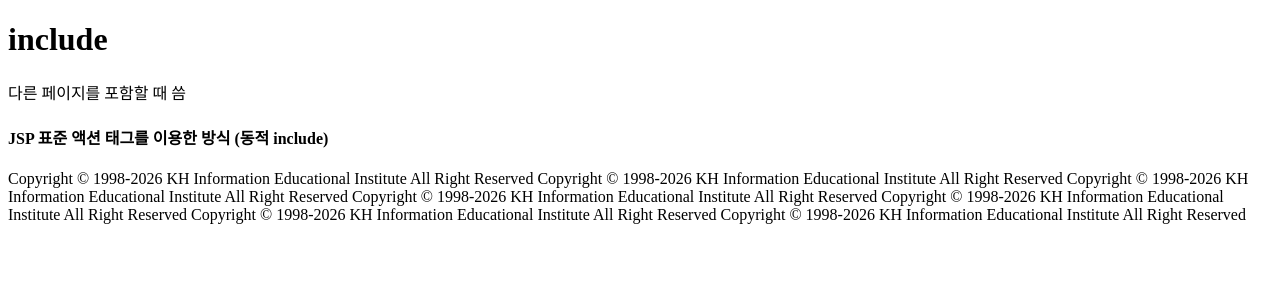
Repository: rlaehqkf/java_practice
Page: http://localhost/ActionProject/include.do
The author's editor kept a copy of each file at every save. The page is drawn from the files as they stood at one save, then again after the next save.
The browser window is 1280 px wide. The pictures show the whole page.
The page is served by Tomcat 9. Other server files are loaded and not shown.

Above is the page before, as saved 2026-05-06 07:49:53.
Console error: SyntaxError: Identifier 'date' has already been declared

### ActionProject/src/main/webapp/WEB-INF/views/include.jsp
<%@ page language="java" contentType="text/html; charset=UTF-8"
    pageEncoding="UTF-8"%>
<!DOCTYPE html>
<html>
<head>
<meta charset="UTF-8">
<title>포함</title>
</head>
<body>

	<h1>include</h1>

	<p>
		다른 페이지를 포함할 때 씀
	</p>

	<%-- 정적컴파일 방식 ( 컴파일 시점에 jsp를 포함 시킴)
	<%@ include file="footer.jsp" %>
	<%@ include file="footer.jsp" %>
	--%>


	<h4>JSP 표준 액션 태그를 이용한 방식 (동적 include)</h4>

	<jsp:include page="footer.jsp"></jsp:include>

	<!--
		XML기반 기술이기 때문에 반드시 시작 태그와 종료 태그가 쌍으로 존재함!!
		닫는 태그를 작성하지 않으면 500에러 발생
	 -->
	 <jsp:include page="footer.jsp" />
	 <jsp:include page="footer.jsp" />
	 <jsp:include page="footer.jsp" />
	 <jsp:include page="footer.jsp" />
	 <jsp:include page="footer.jsp" />
	 <jsp:include page="footer.jsp" />

</body>
</html>

### ActionProject/src/main/webapp/WEB-INF/views/footer.jsp
<%@ page language="java" contentType="text/html; charset=UTF-8"
    pageEncoding="UTF-8"%>
<!DOCTYPE html>
<html>
<head>
<meta charset="UTF-8">
<title>Insert title here</title>
</head>
<body>

	<script>
		const date = new Date();
	</script>




	<%
		String year = new java.text.SimpleDateFormat("yyyy").format(new java.util.Date());
	%>


	Copyright © 1998-<%= year %> KH Information Educational Institute All Right Reserved



</body>
</html>

### ActionProject/src/main/java/com/kh/el/controller/includeController.java
package com.kh.el.controller;

import java.io.IOException;
import javax.servlet.ServletException;
import javax.servlet.annotation.WebServlet;
import javax.servlet.http.HttpServlet;
import javax.servlet.http.HttpServletRequest;
import javax.servlet.http.HttpServletResponse;

/**
 * Servlet implementation class includeController
 */
@WebServlet("/include.do")
public class includeController extends HttpServlet {
	private static final long serialVersionUID = 1L;


    public includeController() {
        super();
        // TODO Auto-generated constructor stub
    }


	protected void doGet(HttpServletRequest request, HttpServletResponse response) throws ServletException, IOException {

		// 1. 값 뽑기 -> 가공
		// 2. 요청처리
		// 3. 결과값 반환 / 응답화면 지정

		request.getRequestDispatcher("/WEB-INF/views/include.jsp").forward(request, response);

	}


	protected void doPost(HttpServletRequest request, HttpServletResponse response) throws ServletException, IOException {

		doGet(request, response);
	}

}

After the next save:
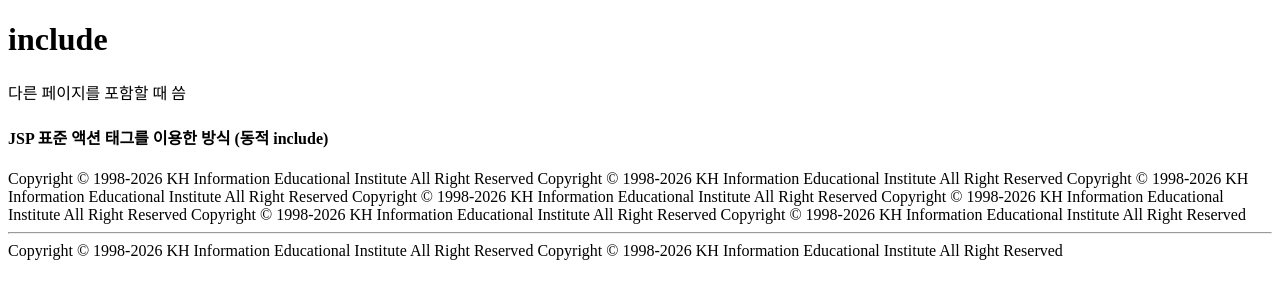
Saved 12 min 59 s later.
--- a/ActionProject/src/main/webapp/WEB-INF/views/include.jsp
+++ b/ActionProject/src/main/webapp/WEB-INF/views/include.jsp
@@ -35,5 +35,27 @@
 	 <jsp:include page="footer.jsp" />
 	 <jsp:include page="footer.jsp" />
 
+
+	 <hr>
+
+	 <jsp:include page="footer.jsp">
+	 	<jsp:param value="Hi" name="test"/>
+	 </jsp:include>
+
+	 <jsp:include page="footer.jsp">
+	 	<jsp:param value="Bye" name="test"/>
+	 </jsp:include>
+
+
+
+
+
+
+
+
+
+
+
+
 </body>
 </html>
